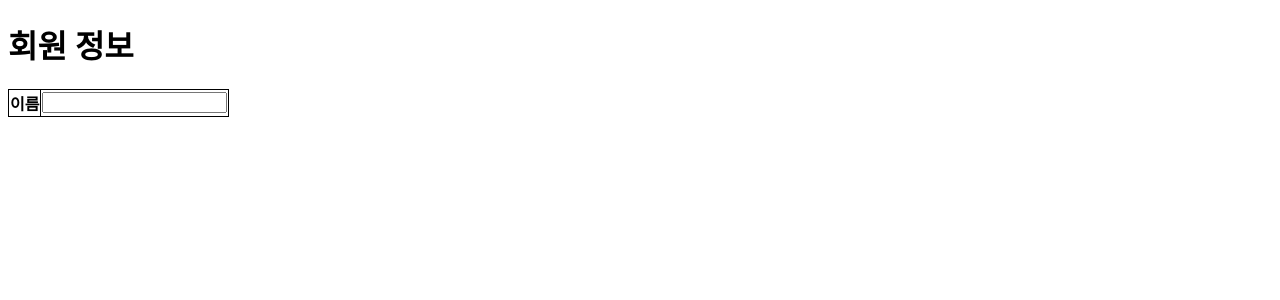
Repository: ZicoPark/Lost-Dev
Page: http://localhost/03_request/
An editor plug-in stored every save of this project. The page is shown before and after the next save, followed by the edit.
The browser window is 1280 px wide. The pictures show the whole page.
The page is served by Tomcat 9.

Above is the page before, as saved 2023-02-20 03:07:21.

After the next save:
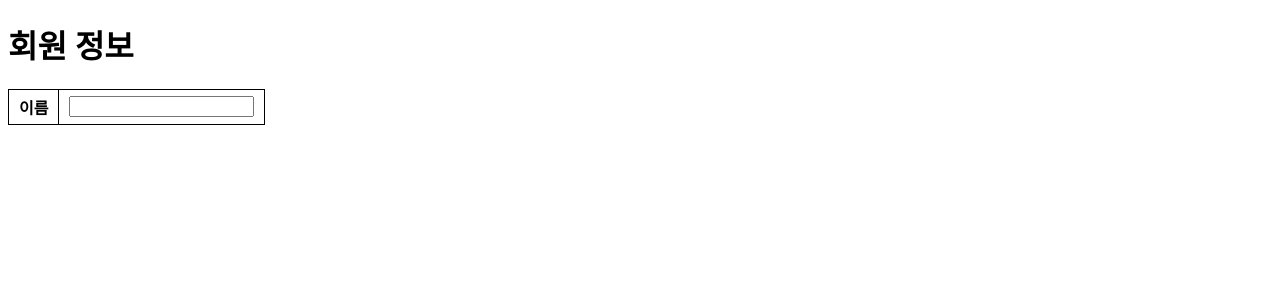
Saved 25 s later.
--- a/JSP/03_request/WebContent/index.jsp
+++ b/JSP/03_request/WebContent/index.jsp
@@ -10,6 +10,10 @@
 		border : 1px solid black;
 		border-collapse: collapse;
 	}
+	th,td{
+		padding : 5px 10px;
+	}
+
 </style>
 </head>
 <body>
